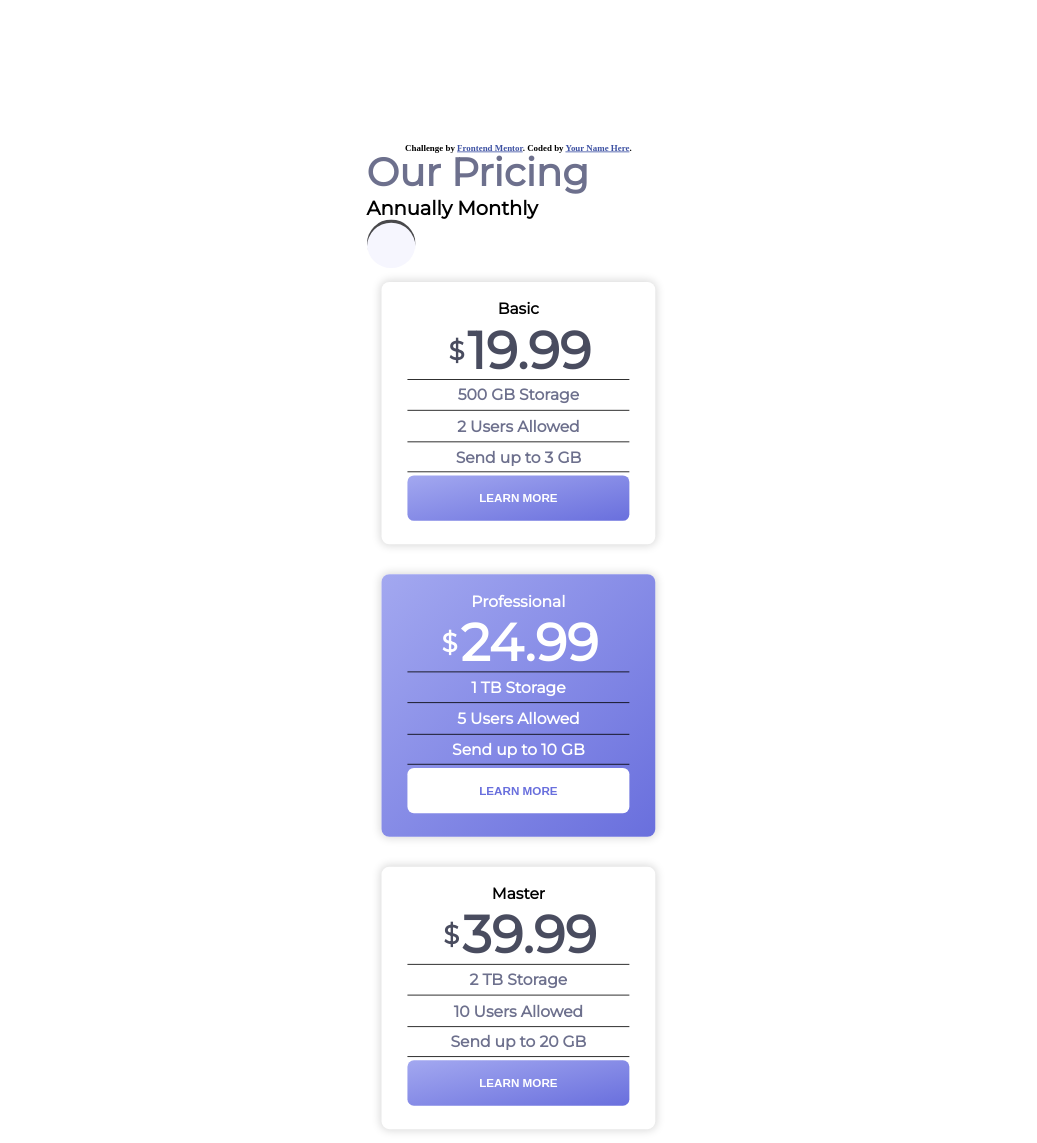
Repository: JuzzJoel/pricing-component-with-toggle-master
Page: index.html
The author's editor kept a copy of each file at every save. The page is drawn from the files as they stood at one save, then again after a run of saves.
The browser window is 1280 px wide. The pictures show the whole page, at 81% of full size.

Above is the page before, as saved 2025-05-24 11:39:09.

### index.html
<!DOCTYPE html>
<html lang="en">
<head>
  <meta charset="UTF-8">
  <meta name="viewport" content="width=device-width, initial-scale=1.0"> <!-- displays site properly based on user's device -->

  <link rel="icon" type="image/png" sizes="32x32" href="./images/favicon-32x32.png">
  <link rel="preconnect" href="https://fonts.googleapis.com">
  <link rel="preconnect" href="https://fonts.gstatic.com" crossorigin>
  <link
    href="https://fonts.googleapis.com/css2?family=Montserrat:ital,wght@700"
    rel="stylesheet">
  <title>Frontend Mentor | [pricing-component-with-toggle-master]</title>
  <style>
    :root{

      --linear-gradient: linear-gradient(to bottom right, hsl(236, 72%, 79%), hsl(237, 63%, 64%));

--clr-pri: hsl(240, 78%, 98%);
--clr-pri-acc: hsl(234, 14%, 74%);
--clr-sec: hsl(233, 13%, 49%);
--clr-sec-acc: hsl(232, 13%, 33%);
    }
*,
*::before,
*::after {
    box-sizing: border-box;
}

* {
    margin: 0;
    padding: 0;
    box-sizing: border-box;
}
.visually-hidden:not(:focus):not(:active) {
  clip: rect(0 0 0 0);
  clip-path: inset(50%);
  height: 1px;
  overflow: hidden;
  position: absolute;
  white-space: nowrap;
  width: 1px;
}
    .attribution { font-size: 11px; text-align: center;height: 1vh; }
    .attribution a { color: hsl(228, 45%, 44%); }
body{
  font-size: 0.95rem;
  font-weight: 700;
width: 100vw;
height: 150vh;
display: flex;
align-items: center;
justify-content: center;
flex-direction: column;
}


.container{
  width: 375px;
  height: 100vh;
  font-family: "Montserrat", sans-serif;

}
  .pricing-header{
font-size: 1.5rem;
  }
  .pricing-header h1{
    color: var(--clr-sec);

  }
    .toggle-box{

    }

     .toggle-container{
      width: 50px;
      height: 50px;
      position: relative;
      background: var(--clr-pri);
      padding: 30px;
      border-radius: 3rem;

      box-shadow: inset 0 4px 0 0 rgba(0, 0, 0, 0.7);
     }
     .toggle-slider{
      position: absolute;
      border-radius: 50%;
      left: 10px;
      top: 5px;
     }
     input[type="radio"]{
      display: none;
     }

       .pricing{

       }


   .content-body{
    display: flex;
    flex-direction: column;
    align-items: center;
    width: 100%;
    height: 150vh;
   }
   .content{
    display: flex;
    flex-direction: column;
    align-items: center;
    justify-content: space-evenly;
    width: 90%;
    gap: 20px;
    height: 100%;
   }
   .card-container{
    display: flex;
    flex-direction: column;
    align-items: center;
    justify-content: center;
    width: 100%;
    border-radius: .6rem;

    box-shadow: 0 0 .625rem .125rem rgba(0, 0, 0, 0.15);
    height: 30%;
   }
   .card-container:nth-child(2){
  background: var(--linear-gradient);
   }    .card{
          display: flex;
          flex-direction: column;
          align-items: center;
          justify-content: space-between;
          width: 90%;
          height: 85%;
          font-family: "Montserrat", sans-serif;
        }
        .card>*{
          width: inherit;
          display: flex;
          align-items: center;
          justify-content: center;
        }
          .rows-head{
            height: 35%;
            display: flex;
            flex-direction: column;
            align-items: center;
            justify-content: center;
          }
          .rows-head p{
           font-size: 1.2rem;
          }
          .rows-head h1{
            font-size: 4rem;
            color: var(--clr-sec-acc);
            display: flex;
            align-items: center;
           }
           .rows-head h1 span{
            font-size: 2rem;
            color: var(--clr-sec-acc);
            margin-right: 2%;
           }
          .rows{
            height: 15%;
            border: 1px   solid black;
            border-left: none;
            border-right: none;
            color: var(--clr-sec);
            font-size: 1.2rem;
          }
          .rows:nth-child(3){
            border: none;
          }
          .rows-button{
            height: 25%;
            display: flex;
            align-items: center;
            justify-content: center;
          }
  button{
    width: 100%;
    display: flex;
    align-items: center;
    justify-content: center;
    border-radius: .5rem;
    border: none;
    padding: 1.25rem 2.5rem;
    text-transform: uppercase;
    color: white;
background: var(--linear-gradient);
    font-weight: 700;
    font-size: 0.9rem;
  }
  .card-container:nth-child(2) .rows ,
  .card-container:nth-child(2) .rows-head ,
  .card-container:nth-child(2) .rows-head h1 ,
  .card-container:nth-child(2) .rows-head h1 span
  {
    color: white;
  }
  .card-container:nth-child(2) button{
background: white;
color :  hsl(237, 63%, 64%);
  }

          @media(min-width:1440px){
            .content{
              flex-direction: row;
              justify-content: space-between;
             }
          }
  </style>
</head>
<body>
  <div class="attribution">
    Challenge by <a href="https://www.frontendmentor.io?ref=challenge" target="_blank">Frontend Mentor</a>.
    Coded by <a href="#">Your Name Here</a>.
  </div>


  <div class="container">
    <div class="pricing-header">
      <h1>Our Pricing</h1>
      <div class="toggle-box">
        Annually
        Monthly
        <div class="toggle-container">

          <input type="radio" class="pricing" id="price-annnual">
          <label for="price-annual"></label>

          <input type="radio" class="pricing" id="price-month">
          <label for="price-month"></label>

          <div class="toggle-slider"></div>
        </div>
      </div>
      <div class="content-body">
        <div class="content">
          <div class="card-container">
<div class="card">
            <div class="rows-head">
              <p>Basic</p>
         <h1>  <span>&dollar;</span>
          19.99
           <i class="visually-hidden">&dollar;199.99</i>
           </h1>
          </div>
            <div class="rows">500 GB Storage</div>
            <div class="rows">2 Users Allowed</div>
            <div class="rows">Send up to 3 GB</div>
            <div class="rows-button"><button>Learn More</button></div>
          </div>
          </div>

          <div class="card-container">
            <div class="card">
            <div class="rows-head">
              <p>Professional</p>
              <h1> <span>&dollar;</span>24.99
                <i class="visually-hidden">&dollar;249.99</i>
           </h1>
          </div>
            <div class="rows">1 TB Storage</div>
            <div class="rows">5 Users Allowed</div>
            <div class="rows">Send up to 10 GB</div>
            <div class="rows-button"><button>Learn More</button></div>
          </div>
          </div>
          <div class="card-container">
            <div class="card">
            <div class="rows-head">
              <p>Master</p>
              <h1> <span>&dollar;</span>39.99
                <i class="visually-hidden">&dollar;399.99</i>
          </h1>
          </div>
            <div class="rows">2 TB Storage</div>
            <div class="rows">10 Users Allowed</div>
            <div class="rows">Send up to 20 GB</div>
            <div class="rows-button"><button>Learn More</button></div>
          </div>
          </div>
        </div>
      </div>
    </div>
  </div>


</body>
</html>

After the next 4 saves:
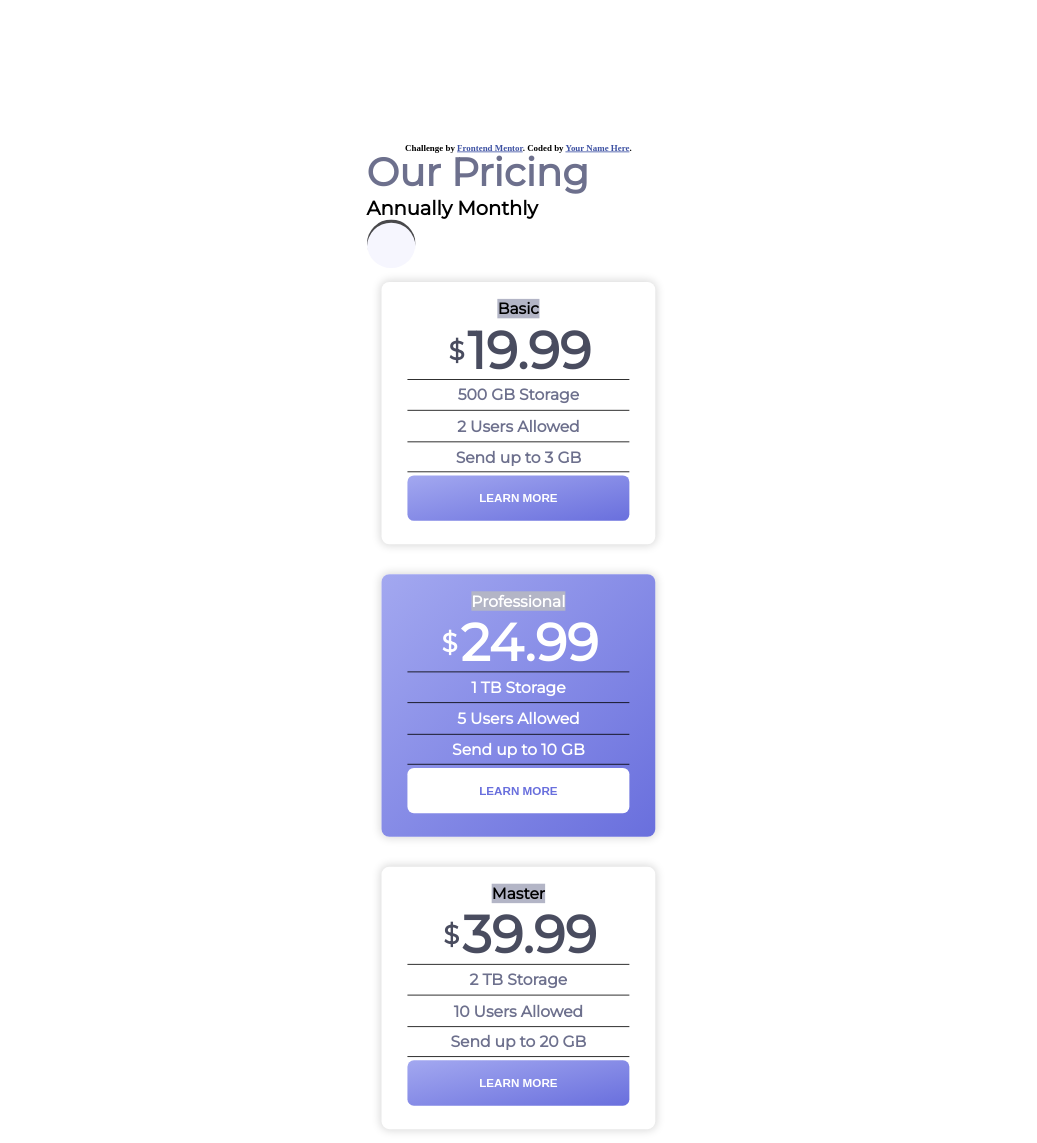
The 4 saves are shown as one change because they came seconds apart.
The last was saved 23 s later.
--- a/index.html
+++ b/index.html
@@ -150,6 +150,7 @@ font-size: 1.5rem;
           }
           .rows-head p{
            font-size: 1.2rem;
+           background: var(--clr-pri-acc);
           }
           .rows-head h1{
             font-size: 4rem;
